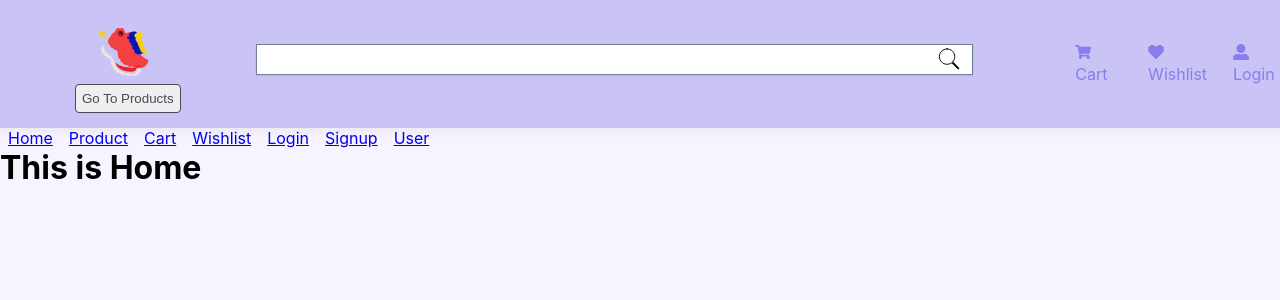
Repository: Irfan-vit/shoecase
Page: /
An editor plug-in stored every save of this project. The page is shown before and after a run of saves, followed by the edit.
The browser window is 1280 px wide. The pictures show the whole page.
The page's requests for data from a server got no answer. The project was rebuilt for these pictures with package versions that can differ from the ones it lists, and the page was loaded fresh each time. No one was signed in, and anything a server would have sent is missing. Also part of the build but not shown: src/pages/Product/ProductPage.jsx, src/pages/cart/CartPage.jsx, src/pages/wishlist/WishlistPage.jsx, src/pages/login/LoginPage.jsx, src/pages/signup/SignupPage.jsx, src/pages/user/StyledUser.jsx, src/components/forms/addAddress/AddAddress.jsx, src/components/forms/editAddress/EditAddress.jsx and 4 more.

Above is the page before, as saved 2023-05-22 04:42:57.

After the next 4 saves:
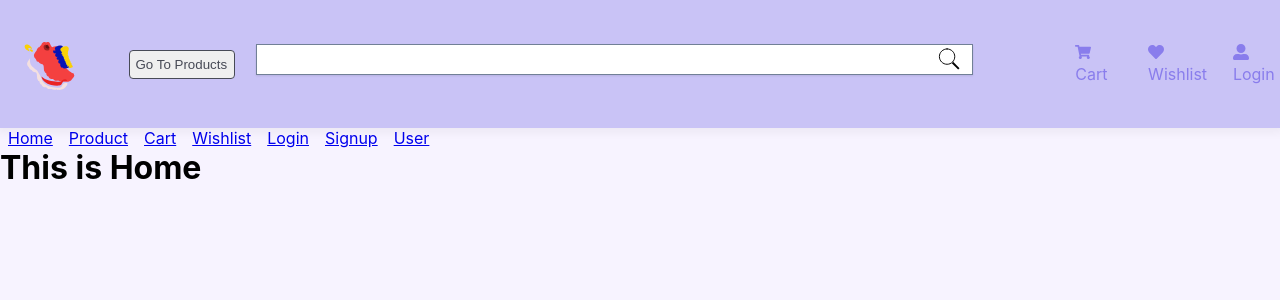
The 4 saves are shown as one change because they came seconds apart.
The last was saved 33 s later.
--- a/src/styles/NavBarStyles.jsx
+++ b/src/styles/NavBarStyles.jsx
@@ -42,6 +42,7 @@ const StyledNav = styled.nav`
     align-items: center;
     > :nth-child(1) {
       display: flex;
+      flex-flow: row;
       align-items: center;
       flex-basis: 20%;
       justify-content: space-around;
